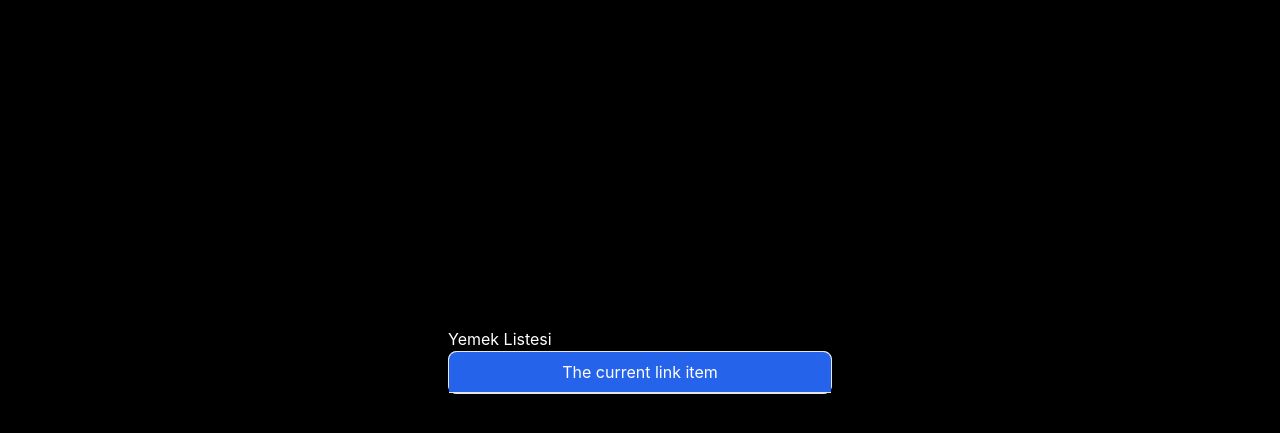
Repository: muratyildiz63/Composition-API-Nedir-todo-list
Page: /
These files come from the project's save history. The page is drawn as it stood at one moment and after the next save; the edit follows.
The browser window is 1280 px wide. The pictures show the whole page.
The project was rebuilt for these pictures with package versions that can differ from the ones it lists, and the page was loaded fresh each time. Also part of the build but not shown: vite.config.js.

Above is the page before, as saved 2022-08-15 18:46:43.

After the next save:
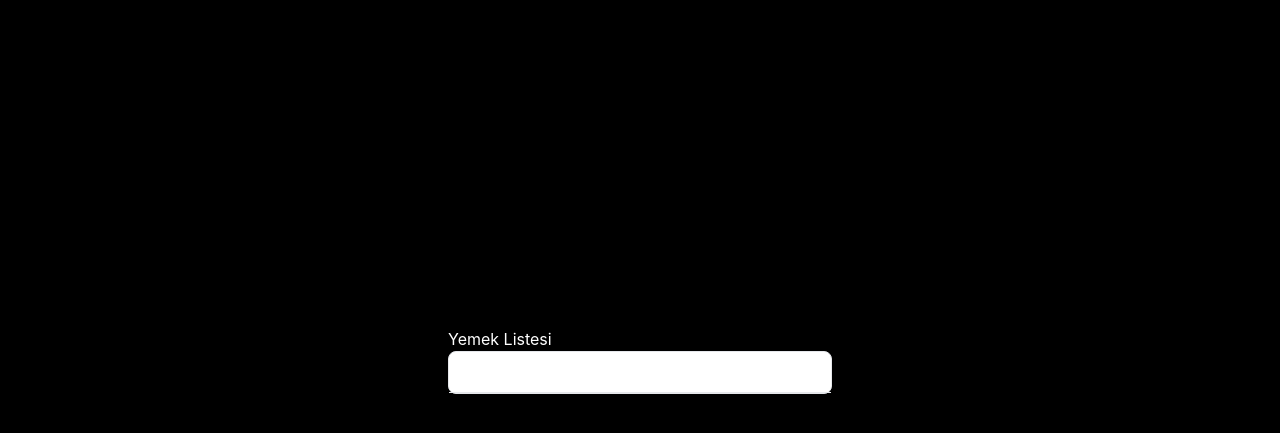
Saved 8 s later.
--- a/src/App.vue
+++ b/src/App.vue
@@ -15,7 +15,7 @@
             border-b border-gray-200
             w-full
             rounded-t-lg
-            bg-blue-600
+
             text-white
             cursor-pointer
           "
